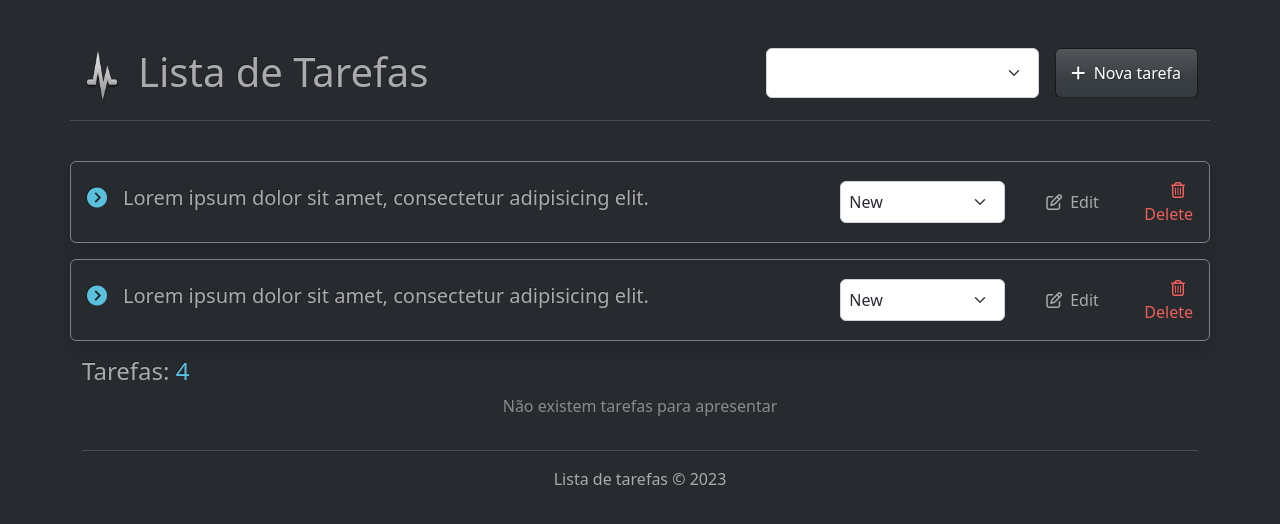
Repository: cargugati/lista_tarefas
Page: frontEnd/new_task.html
The author's editor kept a copy of each file at every save. The page is drawn from the files as they stood at one save, then again after the next save.
The browser window is 1280 px wide. The pictures show the whole page.

Above is the page before, as saved 2023-03-30 09:42:55.

### frontEnd/new_task.html
<!DOCTYPE html>
<html lang="pt-br">

<head>
  <meta charset="UTF-8">
  <meta http-equiv="X-UA-Compatible" content="IE=edge">
  <meta name="viewport" content="width=device-width, initial-scale=1.0">
  <title>Lista de Tarefas</title>
  <link rel="stylesheet" href="./assets/css/bootstrap.min.css">
  <link rel="stylesheet" href="./assets/fontawesome/css/all.min.css">
  <link rel="shortcut icon" href="./assets/images/favicon.png" type="image/png">
</head>

<body>
  <div class="container my-5">

    <!-- cabeçalho -->
    <div class="row mb-4">
      <div class="col">
        <div class="d-flex justify-content-start">
          <img src="./assets/images/favicon.png" alt="Logo" class="img-fluid me-3" width="40px">
          <h1>Lista de Tarefas</h1>
        </div>

      </div>
      <div class="col text-end">
        <div class="d-flex justify-content-end">
          <select id="select_filter" class="form-select w-50 p-2 me-3">
            <option value=""></option>
            <option value="1">filtro 1</option>
          </select>
          <a href="new_task.html" class="btn btn-primary"><i class="fa-solid fa-plus me-2"></i>Nova tarefa</a>
        </div>
      </div>
      <hr class="my-3">
    </div>

    <!-- aspecto visual de uma tarefa -->
    <div class="row mb-3">
      <div class="col-12 border border-secondary rounded p-3 shadow">
        <div class="row align-items-center">
          <div class="col-8">
            <div class="d-flex align-items-center">
              <h5 class="me-3 text-info"> <i class="fa-solid fa-circle-chevron-right"></i> </h5>
              <h5>Lorem ipsum dolor sit amet, consectetur adipisicing elit.</h5>
            </div>
          </div>
          <div class="col-2">
            <select id="task_status" class="form-select p-2">
              <option value="new">New</option>
              <option value="in progress">In progress</option>
              <option value="canceled">Canceled</option>
              <option value="done">Done</option>
            </select>
          </div>
          <div class="col-1 text-end"><i class="fa-regular fa-pen-to-square me-2"></i>Edit</div>
          <div class="col-1 text-end text-danger"><i class="fa-regular fa-trash-can me-2"></i>Delete</div>
        </div>
      </div>
    </div>

    <div class="row mb-3">
      <div class="col-12 border border-secondary rounded p-3 shadow">
        <div class="row align-items-center">
          <div class="col-8">
            <div class="d-flex align-items-center">
              <h5 class="me-3 text-info"> <i class="fa-solid fa-circle-chevron-right"></i> </h5>
              <h5>Lorem ipsum dolor sit amet, consectetur adipisicing elit.</h5>
            </div>
          </div>
          <div class="col-2">
            <select id="task_status" class="form-select p-2">
              <option value="new">New</option>
              <option value="in progress">In progress</option>
              <option value="canceled">Canceled</option>
              <option value="done">Done</option>
            </select>
          </div>
          <div class="col-1 text-end"><i class="fa-regular fa-pen-to-square me-2"></i>Edit</div>
          <div class="col-1 text-end text-danger"><i class="fa-regular fa-trash-can me-2"></i>Delete</div>
        </div>
      </div>
    </div>

    <!-- total tarefas -->
    <div class="row" id="total_tasks">
      <div class="col">
        <h4>Tarefas: <span class="text-info">4</span></h4>
      </div>
    </div>

    <!-- sem tarefa -->
    <div class="row " id="no_tasks">
      <div class="col text-center">
        <span class="opacity-75">Não existem tarefas para apresentar</span>
      </div>
    </div>

    <!-- footer -->
    <div class="row mt-3">
      <div class="col text-center">
        <hr>
        <p>Lista de tarefas &copy; 2023</p>
      </div>
    </div>


  </div>

  <script src="./assets/js/bootstrap.bundle.min.js"></script>
</body>

</html>

Loaded but not shown: frontEnd/assets/css/bootstrap.min.css (library); frontEnd/assets/fontawesome/css/all.min.css (library); frontEnd/assets/js/bootstrap.bundle.min.js (library)

After the next save:
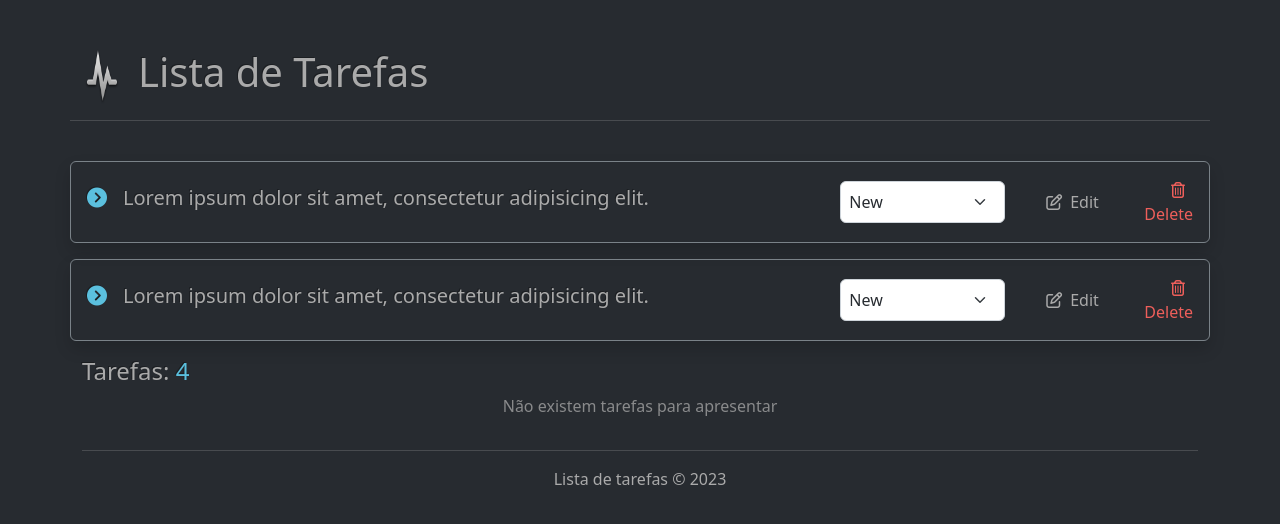
Saved 34 min 26 s later.
--- a/frontEnd/new_task.html
+++ b/frontEnd/new_task.html
@@ -23,15 +23,7 @@
         </div>
 
       </div>
-      <div class="col text-end">
-        <div class="d-flex justify-content-end">
-          <select id="select_filter" class="form-select w-50 p-2 me-3">
-            <option value=""></option>
-            <option value="1">filtro 1</option>
-          </select>
-          <a href="new_task.html" class="btn btn-primary"><i class="fa-solid fa-plus me-2"></i>Nova tarefa</a>
-        </div>
-      </div>
+
       <hr class="my-3">
     </div>
 
